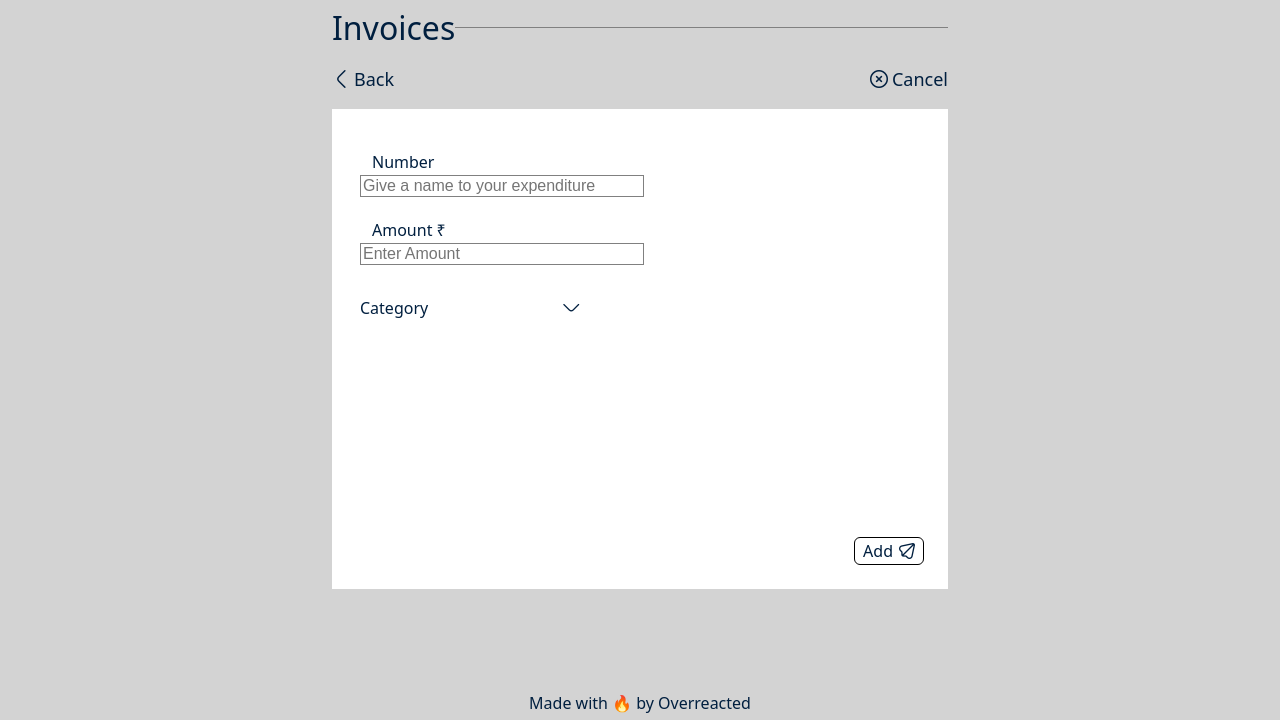
Repository: om1ars/task3
Page: /add-expense
An editor plug-in stored every save of this project. The page is shown before and after the next save, followed by the edit.
The browser window is 1280 px wide. The pictures show the whole page.
Some web libraries are served in a nearby version. The project was rebuilt for these pictures with package versions that can differ from the ones it lists, and the page was loaded fresh each time. Also part of the build but not shown: src/components/add-form/success-modal.css, src/components/expense-list/card.css, src/components/expense-list/card.js, src/components/expense-list/expense-list.css, src/components/expense-list/index.js, src/pages/home/home.css, src/pages/home/index.js.

Above is the page before, as saved 2021-12-18 14:59:17.

### public/index.html
<!DOCTYPE html>
<html lang="en">
  <head>
    <meta charset="utf-8" />
    <link rel="icon" href="%PUBLIC_URL%/favicon.ico" />
    <meta name="viewport" content="width=device-width, initial-scale=1" />
    <meta name="theme-color" content="#000000" />
    <meta name="description" content="SPA to track all your expenses" />
    <link rel="apple-touch-icon" href="%PUBLIC_URL%/logo192.png" />
    <!--
      manifest.json provides metadata used when your web app is installed on a
      user's mobile device or desktop. See https://developers.google.com/web/fundamentals/web-app-manifest/
    -->
    <link rel="manifest" href="%PUBLIC_URL%/manifest.json" />
    <link rel="preconnect" href="https://fonts.googleapis.com" />
    <link rel="preconnect" href="https://fonts.gstatic.com" crossorigin />
    <link
      href="https://fonts.googleapis.com/css2?family=Noto+Sans&display=swap"
      rel="stylesheet"
    />
    <link
      rel="stylesheet"
      href="https://cdn-uicons.flaticon.com/uicons-regular-rounded/css/uicons-regular-rounded.css"
    />
    <link
      rel="stylesheet"
      href="https://cdn.jsdelivr.net/gh/devicons/devicon@v2.12.0/devicon.min.css"
    />
    <title>Xpensr</title>
  </head>
  <body>
    <noscript>You need to enable JavaScript to run this app.</noscript>
    <div id="root"></div>
    <!--
      This HTML file is a template.
      If you open it directly in the browser, you will see an empty page.

      You can add webfonts, meta tags, or analytics to this file.
      The build step will place the bundled scripts into the <body> tag.

      To begin the development, run `npm start` or `yarn start`.
      To create a production bundle, use `npm run build` or `yarn build`.
    -->
  </body>
</html>

### src/index.js
import React from "react";
import ReactDOM from "react-dom";
import "./index.css";
import App from "./App";
import reportWebVitals from "./reportWebVitals";
import { Provider } from "react-redux";
import store from "./redux/store/index";

ReactDOM.render(
  <Provider store={store}>
    <App />
  </Provider>,
  document.getElementById("root")
);

// If you want to start measuring performance in your app, pass a function
// to log results (for example: reportWebVitals(console.log))
// or send to an analytics endpoint. Learn more: https://bit.ly/CRA-vitals
reportWebVitals();

### src/index.css
body {
  margin: 0;
  font-family: "Noto Sans", sans-serif;
  -webkit-font-smoothing: antialiased;
  -moz-osx-font-smoothing: grayscale;
  background-color: lightgray;
  color: #001f3f;
}
a {
  text-decoration: none;
  color: #001f3f;
}
.button {
  /* background: #71ccca; */
  box-shadow: 20px 20px 60px #60adac, -20px -20px 60px #82ebe8;
}
code {
  font-family: source-code-pro, Menlo, Monaco, Consolas, "Courier New",
    monospace;
}

### src/App.js
import React from "react";
import { BrowserRouter as Router, Route, Switch } from "react-router-dom";
import Footer from "./components/footer";
import Header from "./components/header";
import AddExpense from "./pages/add-expense";
import Home from "./pages/home/index";

const App = () => {
  return (
    <Router>
      <Header />
      <Switch>
        <Route path="/" exact component={Home} />
        <Route path="/add-expense" component={AddExpense} />
      </Switch>
      <Footer />
    </Router>
  );
};

export default App;

### src/redux/store/index.js
import { combineReducers, createStore } from "redux";
import { expenseReducer } from "../reducers/expenses";
const reducer = combineReducers({
  expenses: expenseReducer,
});
const initialState = {};
const store = createStore(reducer, initialState);

export default store;

### src/components/footer/index.js
import React from "react";
import "./footer.css";
const Footer = () => {
  return <footer>Made with 🔥 by Overreacted</footer>;
};

export default Footer;

### src/components/header/index.js
import React from "react";
import "./header.css";
const Header = () => {
  return (
    <div className="header-container">
      <div className="header" style={{ display: "flex", alignItems: "center" }}>
        <div className="header-logo">
          Invoices
        </div>
        <div
          style={{ height: "1px", width: "100%", backgroundColor: "gray" }}
        ></div>
      </div>
    </div>
  );
};

export default Header;

### src/pages/add-expense/index.js
import React from "react";
import AddForm from "../../components/add-form";
import TopFold from "../../components/top-fold";
import "./add-expense.css";
const AddExpense = () => {
  return (
    <div className="add-expense">
      <TopFold />
      <AddForm />
    </div>
  );
};

export default AddExpense;

### src/redux/reducers/expenses.js
import {
  ADD_EXPENSE,
  DELETE_EXPENSE,
  SEARCH_EXPENSE,
} from "../action-types/expenses";

const initialList = () => {
  const list = localStorage.getItem("expense-list");
  let expenses = [];
  if (list) {
    expenses = JSON.parse(list);
  }
  return expenses;
};
const initialState = {
  expenseList: initialList(),
  query: "",
};

export const expenseReducer = (state = initialState, action) => {
  switch (action.type) {
    case ADD_EXPENSE: {
      localStorage.setItem(
        "expense-list",
        JSON.stringify([...state.expenseList, action.data])
      );
      return {
        ...state,
        expenseList: [...state.expenseList, action.data],
        query: "",
      };
    }
    case DELETE_EXPENSE: {
      const { data } = action;
      const updatedList = state.expenseList.filter(
        (item) => item.createdAt !== data.createdAt
      );
      localStorage.setItem("expense-list", JSON.stringify(updatedList));
      return {
        ...state,
        expenseList: updatedList,
      };
    }
    case SEARCH_EXPENSE: {
      const { query } = action;
      return {
        ...state,
        query,
      };
    }
    default:
      return {
        ...state,
      };
  }
};

### src/components/footer/footer.css
footer {
  width: 100%;
  position: fixed;
  bottom: 0;
  display: flex;
  justify-content: center;
  align-items: center;
  padding-bottom: 6px;
}

### src/components/header/header.css
.header-container {
  width: 50%;
  margin: auto;
}
.header {
  display: flex;
  justify-content: space-between;
  align-items: center;
  flex: 1;
  margin: 6px 12px;
}
.header-logo {
  display: flex;
  align-items: center;
  font-size: 32px;
  font-weight: 500;
}
.header-logo i {
  display: flex;
  align-items: center;
  margin-left: 6px;
}

.header-button {
  font-size: 20px;
  display: flex;
  justify-content: center;
  align-items: center;
  border: 1px solid black;
  border-radius: 6px;
  padding: 0px 8px;
}
.header-button i {
  margin-right: 4px;
}

@media only screen and (max-width: 1024px) {
  .header-container {
    width: 90%;
  }
  .header-logo {
    font-size: 28px;
  }
  .header-button {
    font-size: 18px;
  }
}

@media only screen and (max-width: 512px) {
  .header-container {
    width: 100%;
  }
  .header-logo {
    font-size: 24px;
  }
  .header-button {
    font-size: 16px;
  }
}

### src/components/add-form/index.js
import React, { useState } from "react";
import { categories } from "../../constants/add-expense";
import "react-toastify/dist/ReactToastify.css";
import "./add-form.css";
import { toast, ToastContainer } from "react-toastify";
import { useDispatch } from "react-redux";
import { addExpense } from "../../redux/actions/expenses";
import SuccessModal from "./success-modal";

const AddForm = () => {
  const [categoryOpen, setCategoryOpen] = useState(false);
  const cat = categories;
  const [title, setTitle] = useState("");
  const [amount, setAmount] = useState("");
  const [category, setCategory] = useState();
  const dispatch = useDispatch();
  const [modalOpen, setModalOpen] = useState(false);
  const [supply, setSupply] = useState('')
  const handleTitle = (e) => {
    setTitle(e.target.value);
  };
  const handleAmount = (e) => {
    const val = parseFloat(e.target.value);
    if (isNaN(val)) {
      setAmount("");
      return;
    }
    setAmount(val);
  };
  const handleCategory = (category) => {
    setCategory(category);
    setCategoryOpen(false);
    console.log(category);
  };

  const handleSubmit = () => {
    if (title === "" || amount === "" || !category) {
      const notify = () => toast("Please enter complete data");
      notify();
      return;
    }
    const data = {
      title,
      amount,
      category,
      createdAt: new Date(),
    };
    dispatch(addExpense(data));
    setModalOpen(!modalOpen);
  };

  return (
    <div className="add-form">
      <SuccessModal modalOpen={modalOpen} />
      <ToastContainer
        position="bottom-left"
        autoClose={1500}
        hideProgressBar={false}
        newestOnTop={false}
        closeOnClick
      />
      <div>
        <div className="form-item">
          <label>Number</label>
          <input
            placeholder="Give a name to your expenditure"
            value={title}
            onChange={(e) => handleTitle(e)}
          />
        </div>
        <div className="form-item">
          <label>Amount ₹</label>
          <input
            placeholder="Enter Amount"
            className="amount-input"
            onChange={(e) => handleAmount(e)}
            value={amount}
          />
        </div>
      </div>

      <div className="category-container-parent">
        <div className="category">
          <div
            className="category-dropdown"
            onClick={() => setCategoryOpen(!categoryOpen)}
          >
            <label>{category ? category.title : "Category"}</label>
            <i class="fi-rr-angle-down"></i>
          </div>
          {categoryOpen && (
            <div className="category-container">
              {cat.map((category) => (
                <div
                  className="category-item"
                  style={{ borderRight: `5px solid ${category.color}` }}
                  key={category.id}
                  onClick={() => handleCategory(category)}
                ></div>
              ))}
            </div>
          )}
        </div>
      </div>
      <div className="form-add-button">
        <div onClick={handleSubmit}>
          <label>Add</label>
          <i class="fi-rr-paper-plane"></i>
        </div>
      </div>
    </div>
  );
};

export default AddForm;

### src/components/top-fold/index.js
import React, { useEffect, useState } from "react";
import { Link, useLocation } from "react-router-dom";
import "./top-fold.css";
import { useDispatch } from "react-redux";
import { searchExpense } from "../../redux/actions/expenses";
const TopFold = () => {
  const [query, setQuery] = useState("");
  const dispatch = useDispatch();
  const handleQuery = (e) => {
    setQuery(e.target.value);
    dispatch(searchExpense(e.target.value));
  };
  return (
    <div className="topfold">
      {window.location.pathname === "/" ? (
        <div className="home-topfold">
          <Link to="/add-expense">
            <div
              className="add-button"
              style={{
                width: "700px",
                backgroundColor: "white",
                padding: 15,
              }}
            >
              <div style={{ marginBottom: 10 }}>Actions</div>
              <label
                style={{
                  padding: "6px 28px",
                  borderRadius: "5px",
                  backgroundColor: "blue",
                }}
              >
                Add
              </label>
            </div>
          </Link>
        </div>
      ) : (
        <div className="add-topfold">
          <Link to="/">
            <div className="add-topfold-button">
              <i class="fi-rr-angle-left"></i>
              <label>Back</label>
            </div>
          </Link>
          <Link to="/">
            <div className="add-topfold-button">
              <i class="fi-rr-cross-circle"></i>
              <label>Cancel</label>
            </div>
          </Link>
        </div>
      )}
    </div>
  );
};

export default TopFold;

### src/pages/add-expense/add-expense.css
.add-expense {
  width: 50%;
  margin: auto;
}

@media only screen and (max-width: 1024px) {
  .add-expense {
    width: 90%;
  }
}

@media only screen and (max-width: 512px) {
  .add-expense {
    width: 100%;
  }
}

### src/redux/action-types/expenses.js
export const ADD_EXPENSE = "ADD_EXPENSE";

export const DELETE_EXPENSE = "DELETE_EXPENSE";

export const SEARCH_EXPENSE = "SEARCH_EXPENSE";

### src/constants/add-expense.js
export const categories = [
  {
    id: 1,
    title: "Education",
    icon: require("../assets/images/education.png"),
    color: "#A95EC2",
  },
  {
    id: 2,
    title: "Healthcare",
    icon: require("../assets/images/healthcare.png"),
    color: "#FF768A",
  },
  {
    id: 3,
    title: "Shopping",
    icon: require("../assets/images/shopping.png"),
    color: "#EC60AB",
  },
  {
    id: 4,
    title: "Food",
    icon: require("../assets/images/food.png"),
    color: "#FF9E6D",
  },
  {
    id: 5,
    title: "Other",
    icon: require("../assets/images/entertainment.png"),
    color: "#FFCB5E",
  },
];

### src/components/add-form/add-form.css
.add-form {
  background: white;
  /* box-shadow: 20px 20px 60px #60adac, -20px -20px 60px #82ebe8; */
  margin: 6px 12px;
  padding: 24px;
  display: flex;
  flex-direction: column;
  /* flex-wrap: wrap; */
  flex: 1;
  height: 60vh;
}
.form-item {
  margin: 12px 0px;
  width: 70%;
  display: flex;
  flex-direction: column;
  padding: 4px;
  border-radius: 6px;
  background-color: white;
}
.form-item label {
  padding: 2px 12px;
}
.form-item input {
  font-size: 16px;
  border: 1px solid gray;
  width: 70%;
  outline: none;
}
.category-container-parent {
  display: flex;
  flex-direction: column;
  flex: 1;
}
.category {
  position: relative;
  width: 40%;
}
.category-dropdown {
  display: flex;
  justify-content: space-between;
  align-items: center;
  margin: 12px 0px;
  background-color: white;
  border-radius: 6px;
  padding: 4px;
}
.category-dropdown i {
  display: flex;
  align-items: center;
}

.category-container {
  display: flex;
  position: absolute;
  width: 100%;
  flex-direction: column;
  background: #ffffff;
}

.category-item {
  width: 98%;
  display: flex;
  justify-content: space-between;
  padding: 8px 0px;
  cursor: pointer;
}
.category-item img {
  height: 32px;
  margin-right: 20px;
}

.form-add-button {
  display: flex;
  justify-content: flex-end;
}
.form-add-button div {
  display: flex;
  border: 1px solid black;
  padding: 2px 8px;
  border-radius: 6px;
  cursor: pointer;
}

.form-add-button div i {
  display: flex;
  align-items: center;
  margin-left: 6px;
}

@media only screen and (max-width: 1024px) {
  .form-item {
    width: 100%;
  }
  .form-item input {
    width: 70%;
  }
  .amount-input {
    width: 50% !important;
  }
  .category {
    width: 80%;
  }
}

### src/redux/actions/expenses.js
import {
  ADD_EXPENSE,
  DELETE_EXPENSE,
  SEARCH_EXPENSE,
} from "../action-types/expenses";

export const addExpense = (data) => {
  return {
    type: ADD_EXPENSE,
    data,
  };
};

export const deleteExpense = (data) => {
  console.log(data, "Action");
  return {
    type: DELETE_EXPENSE,
    data,
  };
};

export const searchExpense = (query) => {
  console.log(query);
  return {
    type: SEARCH_EXPENSE,
    query,
  };
};

### src/components/add-form/success-modal.js
import React from "react";
import Modal from "react-modal";
import { Link } from "react-router-dom";
import "./success-modal.css";
const SuccessModal = ({ modalOpen, setModalOpen }) => {
  const customStyles = {
    content: {
      top: "50%",
      left: "50%",
      right: "auto",
      bottom: "auto",
      marginRight: "-50%",
      transform: "translate(-50%, -50%)",
      backgroundColor: "#71ccca",
      borderRadius: "12px",
    },
  };
  return (
    <Modal isOpen={modalOpen} style={customStyles}>
      <div className="modal-inner">
        <label>Expense Added Successfully!</label>
        <img
          src={require("../../assets/images/added-image.png").default}
          alt="Expense Added"
          className="added-image"
        />
        <Link to="/">
          <div className="take-home-button">
            <i class="fi-rr-home"></i>
            Home
          </div>
        </Link>
      </div>
    </Modal>
  );
};

export default SuccessModal;

### src/components/top-fold/top-fold.css
.topfold {
  display: flex;
  justify-content: space-between;
  margin: 6px 12px;
  padding: 12px 0px;
  align-items: center;
}
.home-topfold {
  display: flex;
  justify-content: space-between;
  flex: 1;
}
.searchbar {
  display: flex;
  align-items: center;
  width: 50%;
  background-color: white;
  border-radius: 12px;
}
.searchbar input {
  width: 80%;
  outline: none;
  padding: 8px 0px;
  border: none;
  margin-left: 6px;
  background-color: white;
}

.searchbar i {
  display: flex;
  align-items: center;
  margin-left: 6px;
}

.add-button {
  /* display: flex; */
  align-items: center;
  border-radius: 4px;
  border: 1px solid white;
  font-size: 20px;
  padding: 0px 8px;
  border-radius: 6px;
  cursor: pointer;
}

.add-button i {
  display: flex;
  align-items: center;
  margin-right: 4px;
}
.add-topfold {
  display: flex;
  justify-content: space-between;
  flex: 1;
}
.add-topfold-button {
  display: flex;
  align-items: center;
  font-size: 18px;
  cursor: pointer;
}
.add-topfold-button i {
  display: flex;
  align-items: center;
  margin-right: 4px;
}

@media only screen and (max-width: 1024px) {
  .add-button {
    font-size: 18px;
  }
  .searchbar {
    width: 70%;
  }
}

@media only screen and (max-width: 512px) {
  .add-button {
    font-size: 16px;
  }
}

Loaded but not shown: src/reportWebVitals.js (common file)

After the next save:
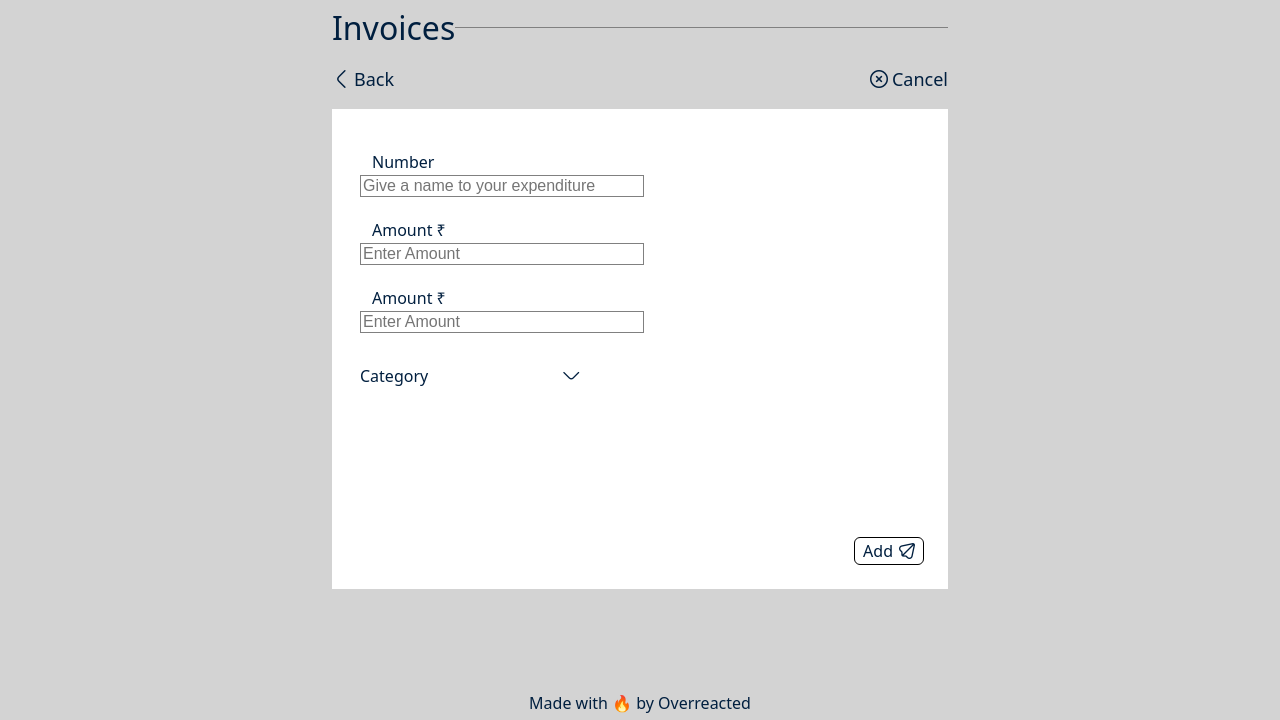
Saved 16 s later.
--- a/src/components/add-form/index.js
+++ b/src/components/add-form/index.js
@@ -77,6 +77,15 @@ const AddForm = () => {
             value={amount}
           />
         </div>
+        <div className="form-item">
+          <label>Amount ₹</label>
+          <input
+            placeholder="Enter Amount"
+            className="amount-input"
+            onChange={(e) => handleAmount(e)}
+            value={amount}
+          />
+        </div>
       </div>
 
       <div className="category-container-parent">
